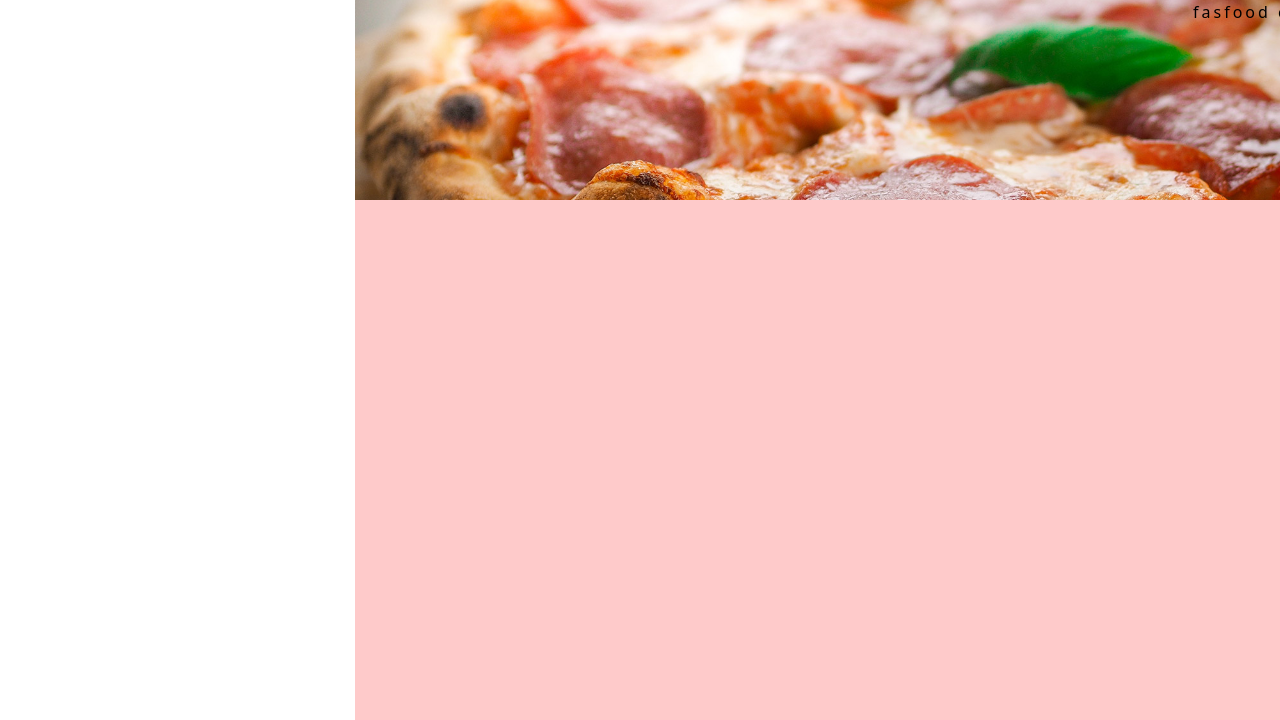
Repository: zahranaserii/FastFoodProject
Page: /
These files come from the project's save history. The page is drawn as it stood at one moment and after the next save; the edit follows.
The browser window is 1280 px wide. The pictures show the whole page.
The project was rebuilt for these pictures with package versions that can differ from the ones it lists, and the page was loaded fresh each time.

Above is the page before, as saved 2023-11-17 11:18:36.

After the next save:
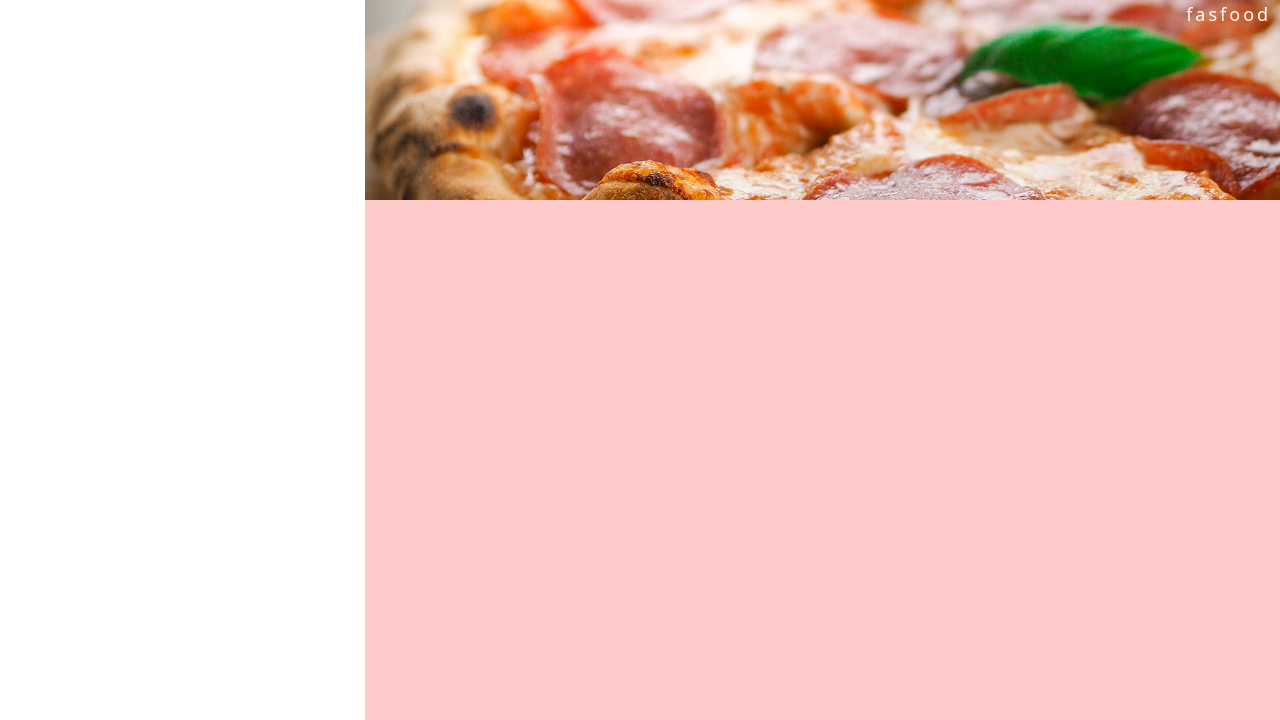
Saved 13 s later.
--- a/src/Header/Header.jsx
+++ b/src/Header/Header.jsx
@@ -4,7 +4,7 @@ const Header = () => {
   return (
     <header className="bg-cover bg-center">
       <div className="container">
-        <h1>fasfood catalouge</h1>
+        <h1 className="text-white text-lg">fasfood catalouge</h1>
       </div>
     </header>
   );
